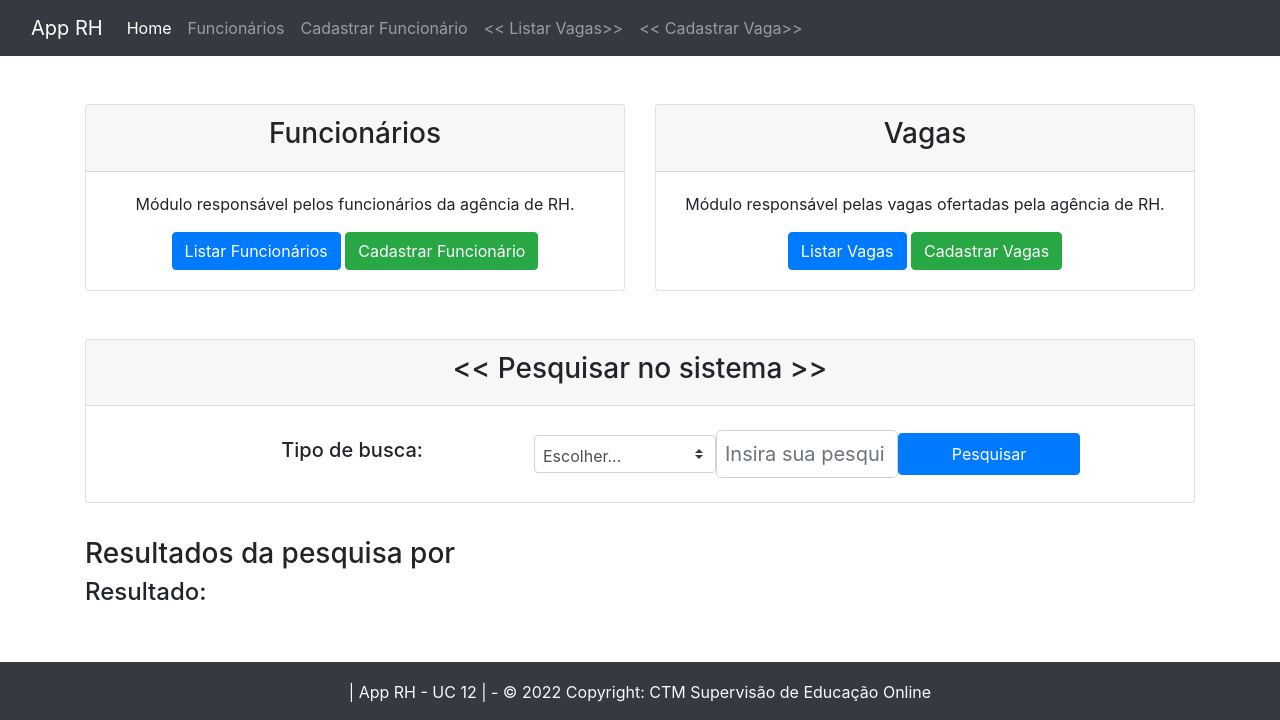
Repository: FilosoDev/SPRING-BOOT-testes
Page: http://localhost/index
The author's editor kept a copy of each file at every save. The page is drawn from the files as they stood at one save, then again after the next save.
The browser window is 1280 px wide. The pictures show the whole page.
The page is this project's Thymeleaf template; nobody is signed in. The template is opened directly, without the code that normally fills it, so the values that code supplies are empty.

Above is the page before, as saved 2021-11-23 17:24:41.
Console error: TypeError: Cannot read properties of undefined (reading 'fn')

After the next save:
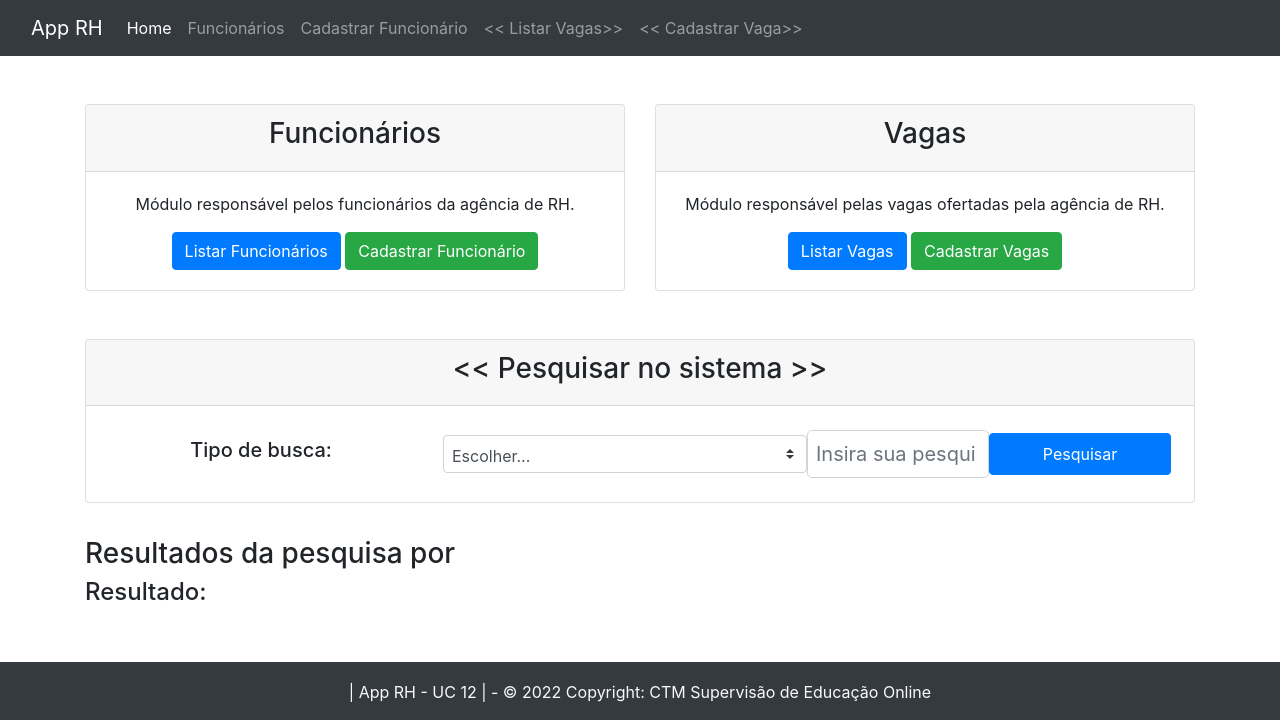
Saved 18 s later.
--- a/AppRH/AppRH/src/main/resources/templates/index.html
+++ b/AppRH/AppRH/src/main/resources/templates/index.html
@@ -110,7 +110,7 @@
 
 
 
-								<select name="busca" id="busca" class="custom-select my-3 p-2 col-10 col-md-2">
+								<select name="busca" id="busca" class="custom-select my-3 p-2 col-6 col-md-4">
 									<option selected>Escolher...</option>
 									<option value="nomefuncionario">Nome do Funcionário</option>
 									<option value="nomedependente">Nome do Dependente</option>
